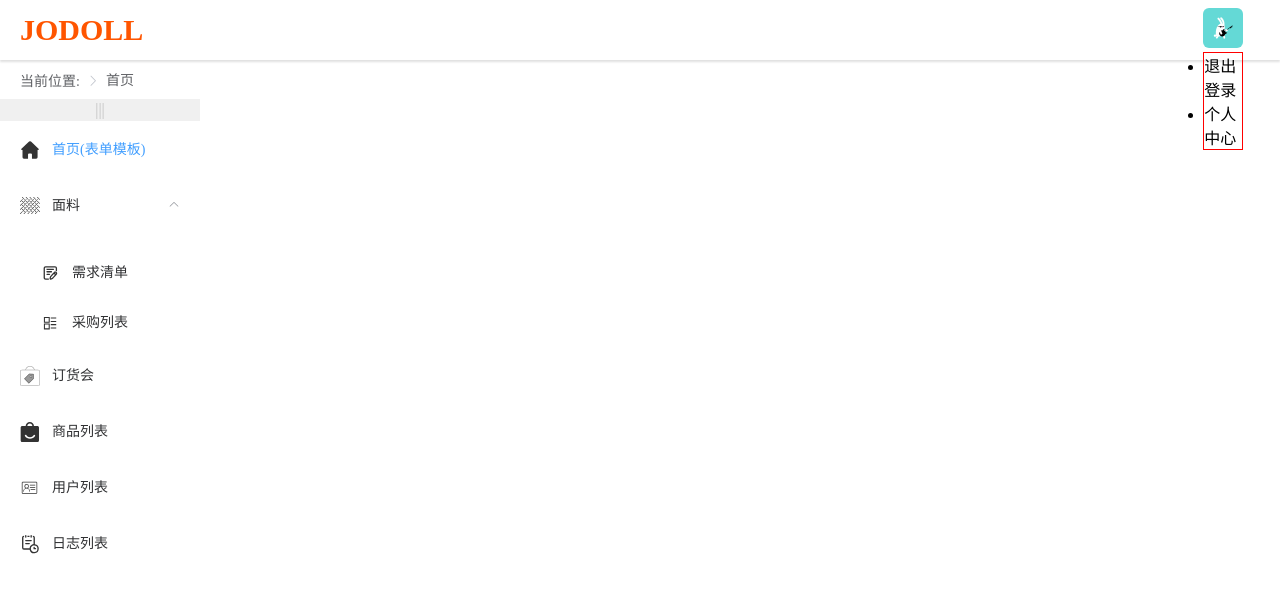
Repository: wangshanghai240/doll-practive
Page: /admin
The author's editor kept a copy of each file at every save. The page is drawn from the files as they stood at one save, then again after the next save.
The browser window is 1280 px wide. The pictures show the whole page.
The project was rebuilt for these pictures with package versions that can differ from the ones it lists, and the page was loaded fresh each time. Also part of the build but not shown: vue.config.js. Imported but missing from the stored project, and not drawn on this page: src/views/admin/ordermeeting/ordermeeting/ordersearch.vue.

Above is the page before, as saved 2021-08-24 10:53:25.

### src/main.js
import Vue from 'vue'
import App from './App.vue'
// 导入路由
import router from './router'
// 导入store
import store from './store'

// 导入element-ui及其样式
import ElementUI from 'element-ui'
import 'element-ui/lib/theme-chalk/index.css'

Vue.use(ElementUI)

Vue.config.productionTip = false

new Vue({
  router,
  store,
  render: h => h(App),
}).$mount('#app')

### src/App.vue
<template>
  <div id="app">
    <!-- <login></login> -->
    <router-view></router-view>
  </div>
</template>

<script>
// import Login from './views/login/Login.vue'

export default {
  components: { },
  name: 'App'
}
</script>

<style>
body,html{
  margin:0;
  padding:0;
}
ul,li,a,ol{
  margin:0;
  padding:0;
  text-decoration:none;
}
</style>

### src/router/index.js
import VueRouter from 'vue-router'
import Vue from 'vue'
// import store from '../store'

// 安装插件vue-router
Vue.use(VueRouter)

// 路由懒加载
const Login = () => import('views/login/Login')
const Dashboard = () => import('views/admin/dashboard/Dashboard')
const Admin = () => import('views/admin/Admin')
const Fabric = () => import('views/admin/fabric/Fabric')
const OrderMeeting = () => import('views/admin/ordermeeting/OrderMeeting')
const OrderShop = () => import('views/admin/ordershop/OrderShop')
const User = () => import('views/admin/user/User')
const SysLog = () => import('views/admin/syslog/SysLog')
const ReqList = () =>import('views/admin/fabric/childComp/ReqList')
const ShopList = () =>import('views/admin/fabric/childComp/ShopList')

// 路由列表(路径，组件映射关系)
let routes = [{
        // 将更目录下的重定向到/login,可以解决路径不显示问题
        path: '/',
        redirect: '/login'
    },
    {
        path: '/login',
        name:'login',
        component: Login
    },
    {
        path: '/admin',
        component: Admin,
        children: [{
                path: 'dashboard',
                component: Dashboard,
                meta:{
                    requireAuth:true
                }
            },
            {
                path: '',
                redirect: 'dashboard'
            },
            {
                path: 'fabric',
                component: Fabric,
                name:'面料',
                children:[
                    {
                        path:'reqlist',
                        component:ReqList,
                        name:'需求列表',
                        meta:{
                            breadcrumb:[
                                {
                                    path:'/reqlist',
                                    name:'需求列表'
                                }
                            ]
                        }
                    },
                    {
                        path:'shoplist',
                        component:ShopList,
                        name:'采购列表',
                        meta:{
                            breadcrumb:[
                                {
                                    path:'/shoplist',
                                    name:'采购列表'
                                }
                            ]
                        }
                    }
                ],
                meta: {
                    breadcrumb: [{
                        path: '/fabric',
                        name: '面料'
                    }]
                }
            },
            {
                path: 'ordermeeting',
                component: OrderMeeting,
                name:'订货会',
                meta: {
                    breadcrumb: [{
                        path: '/ordermeeting',
                        name: '订货会'
                    }]
                }
            },
            {
                path: 'ordershop',
                component: OrderShop,
                name:'商品列表',
                meta: {
                    breadcrumb: [{
                        path: '/ordershop',
                        name: '商品列表'
                    }]
                }
            },
            {
                path: 'user',
                component: User,
                name:'用户列表',
                meta: {
                    breadcrumb: [{
                        path: '/user',
                        name: '用户列表'
                    }]
                }
            },
            {
                path: 'syslog',
                component: SysLog,
                name:'系统日志',
                meta: {
                    breadcrumb: [{
                        path: '/syslog',
                        name: '系统日志'
                    }]
                }
            }
        ],
        meta:{
            requireAuth:true
        },
        // 进入该路径需要验证，登录验证一般都是在全局路由使用导航守卫beforeEach()或者在路由列表中使用路由守卫beforeEnter
    }

]

// 创建路由对象
const router = new VueRouter({
    routes,
    mode: 'history'
})
// 重复点击触发promise错误解决方法
const originalPush = VueRouter.prototype.push
VueRouter.prototype.push = function push(location) {
    return originalPush.call(this, location).catch(err => err)
}

// 全局导航守卫(登陆验证)
// router.beforeEach((to, from, next) =>{
// 如果要请求的路径是admin
// if(to.path == '/admin'){
// 判断用户是否登录，有token说明登录了
// if(sessionStorage.getItem('token')){
// 就可以直接放行
//     next()
// }
// 如果没有登录就重定向到登录页面
//         else{
//             next('/login')
//         }
//     }
//     else{
//         next()
//     }
// })
router.beforeEach((to, from, next) => {
    if(to.matched.some((r)=>{r.meta.requireAuth})){
        if(window.sessionStorage.getItem()){
            next()
        }
        else{
            next({
                path:'/login'
            })
        }
    }
    else{
        next()
    }
})
// 导出路由对象，暴露接口
export default router

### src/store/index.js
import Vuex from 'vuex'
import Vue from 'vue'

// 安装该插件
Vue.use(Vuex)

// 创建vuex对象
let store = new Vuex.Store({
    // 判断是否有token
    state: {
        token:''
    },
    mutations: {
        // 设置传递过来的token
        setToken(state, payload) {
            state.token = payload.token
        },
        // 删除token
        // delToken(state) {
        //     state.token = ''
        //     sessionStorage.removeItem('logintoken')
        // }
    }
})
// 导出vuex对象，暴露接口
export default store

### src/views/admin/dashboard/Dashboard.vue
<template>
  <div class="dashboard">

  </div>
</template>

<script>
export default {
    name:'Dashboard'
}
</script>

<style>

</style>

### src/views/admin/Admin.vue
<template>
  <div class="admin">
    <el-container>
      <!-- 头部 -->
      <el-header class="header">
        <!-- logo组件 -->
        <logo></logo>
        <!-- <bread-crumb></bread-crumb> -->
        <logout></logout>
      </el-header>

        <bread-crumb class="breadcrumb"></bread-crumb>

      <!-- 布局容器 -->
      <el-container>
        <!-- 侧边栏 -->
        <el-aside :width="iscollapse ? '64px' : '200px'">
          <!-- 折叠按钮 -->
          <div class="toggle" @click="togglecollapse">
            <span>|||</span>
          </div>
          <!-- 导航菜单 -->
          <el-menu
            class="el-menu-vertical-demo"
            active-text-color="#C00FFCC"
            default-active="/admin/dashboard"
            :router="true"
            :unique-opened='true'
            :collapse="iscollapse"
            :collapse-transition="false"
          >
            <!-- 首页 -->
            <el-menu-item index="/admin/dashboard">
              <img src="~assets/image/navmenu/home-ff.svg" alt="" />
              <span>首页(表单模板)</span>
            </el-menu-item>
            <!-- 面料菜单 -->
            <el-submenu index="/admin/dashboard">
              <template slot="title">
                <img src="~assets/image/navmenu/mianliao.svg" alt="" />
                <span>面料</span>
              </template>
              <el-menu-item-group>
                <el-menu-item index="/admin/fabric/reqlist">
                  <img src="~assets/image/navmenu/xuqiuqingdan.svg" alt="" />
                  <span>需求清单</span>
                </el-menu-item>
                <el-menu-item index="/admin/fabric/shoplist">
                  <img src="~assets/image/navmenu/caigouliebiao.svg" alt="" />
                  <span>采购列表</span>
                </el-menu-item>
              </el-menu-item-group>
            </el-submenu>
            <!-- 订货会 -->
            <el-menu-item index="/admin/ordermeeting">
              <img src="~assets/image/navmenu/dinghuohui.svg" alt="" />
              <span slot="title">订货会</span>
            </el-menu-item>
            <!-- 商品列表 -->
            <el-menu-item index="/admin/ordershop">
              <img src="~assets/image/navmenu/shangpinliebiao.svg" alt="" />
              <span slot="title">商品列表</span>
            </el-menu-item>
            <!-- 用户列表 -->
            <el-menu-item index="/admin/user">
              <img src="~assets/image/navmenu/xingzhuang1.svg" alt="" />
              <span slot="title">用户列表</span>
            </el-menu-item>
            <!-- 日志列表 -->
            <el-menu-item index="/admin/syslog">
              <img src="~assets/image/navmenu/rizhiliebiao.svg" alt="" />
              <span slot="title">日志列表</span>
            </el-menu-item>
          </el-menu>
        </el-aside>
        <el-main>
          <!-- 渲染路由匹配到的组件 -->
          <router-view></router-view>
        </el-main>
      </el-container>
    </el-container>
  </div>
</template>

<script>
import Logo from "components/content/Logo.vue";
import BreadCrumb from 'components/content/BreadCrumb.vue';
import Logout from 'components/content/Logout.vue';

export default {
  components: {
    Logo,
    BreadCrumb,
    Logout
  },
  name: "Admin",
  data() {
    return {
      iscollapse: false
    };
  },
  methods: {
    togglecollapse() {
      this.iscollapse = !this.iscollapse;
    }
  },
};
</script>

<style>
.el-menu-vertical-demo {
  background: #fff;
  color: rgb(0, 0, 0);
  border: none;
}
.el-menu-vertical-demo img {
  vertical-align: center;
  width: 20px;
  margin-right: 12px;
}
.admin .header {
  position: relative;
  margin: 0 0 4px 0;
  box-shadow: 0 2px 2px #e0e0e0;
}
.breadcrumb{
  padding:8px 0;
  margin:2px 20px;
}
.toggle {
  height:22px;
  text-align: center;
  background: #f0f0f0;
  cursor: pointer;
}
.toggle span {
  color: #c2c2c2;
  line-height:22px;
}
.el-menu-item img{
  width:20px;
}
</style>

### src/components/content/Logo.vue
<template>
  <div class="logo">
      <span>JODOLL</span>
  </div>
</template>

<script>
export default {
    name:'Logo'
}
</script>

<style scoped>
.logo{
    display:inline-block;
}
.logo span{
    /* 垂直居中 */
    position:absolute;
    top:50%;
    transform:translateY(-50%);
    font-size:30px;
    font-weight: 700;
    color:#f50;
}
</style>

### src/components/content/BreadCrumb.vue
<template>
  <div class="brdcmb">
    <el-breadcrumb separator-class="el-icon-arrow-right">
      <el-breadcrumb-item>当前位置:</el-breadcrumb-item>
      <el-breadcrumb-item :to="{path:'/admin/dashboard'}">首页</el-breadcrumb-item>
      <el-breadcrumb-item
      :to="{path:item.path}"
      v-for="item in navlist"
      :key="item.path">{{ item.name }}
      </el-breadcrumb-item>
    </el-breadcrumb>
  </div>
</template>

<script>
export default {
  name: "BreadCrumb",
  // 监听路由变化
  watch:{
    $route:{
      handler(){
        this.getList()
      },
      immediate:true
    }
  },
  // 页面挂载之后就执行该方法
  mounted(){
    this.getList()
  },
  // computed:{
  //     breadcrumb(){
  //         return this.$route.matched.filter(item => item.name)
  //     }
  // },
  data(){
      return{
        navlist:[]
      }
  },
  methods:{
    getList(){
      // 将处于活跃的路由(地址)保存在navlist
      this.navlist = this.$route.matched.filter(item => item.name)
    }
  }
};
</script>

<style scoped>
.brdcmb{
    display: inline-block;
}
</style>

### src/components/content/Logout.vue
<template>
  <div class="logout">
    <div class="avtor">
      <img src="~assets/image/adicon/admin.gif" alt="">
      <div class="showinfo">
        <ul>
          <li>退出登录</li>
          <li>个人中心</li>
        </ul>
      </div>
    </div>
  </div>
</template>

<script>
export default {
name:'Logout',
  data(){
    return {

    }
  },
  methods:{

  }
}
</script>

<style scoped>
.logout{
  display: inline-block;
}
.logout .avtor{
  position:absolute;
  top:50%;
  left:94%;
  transform:translateY(-50%)
}
.logout .avtor img{
  width:40px;
  border-radius:6px;
}
.logout .avtor img:hover,.showinfo{
  display: block;
}
.logout .avtor .showinfo{
  /* display: none; */
  position: absolute;
  border:1px solid red;
  z-index: 3;
}
</style>

Loaded but not shown: public/index.html (common file)

After the next save:
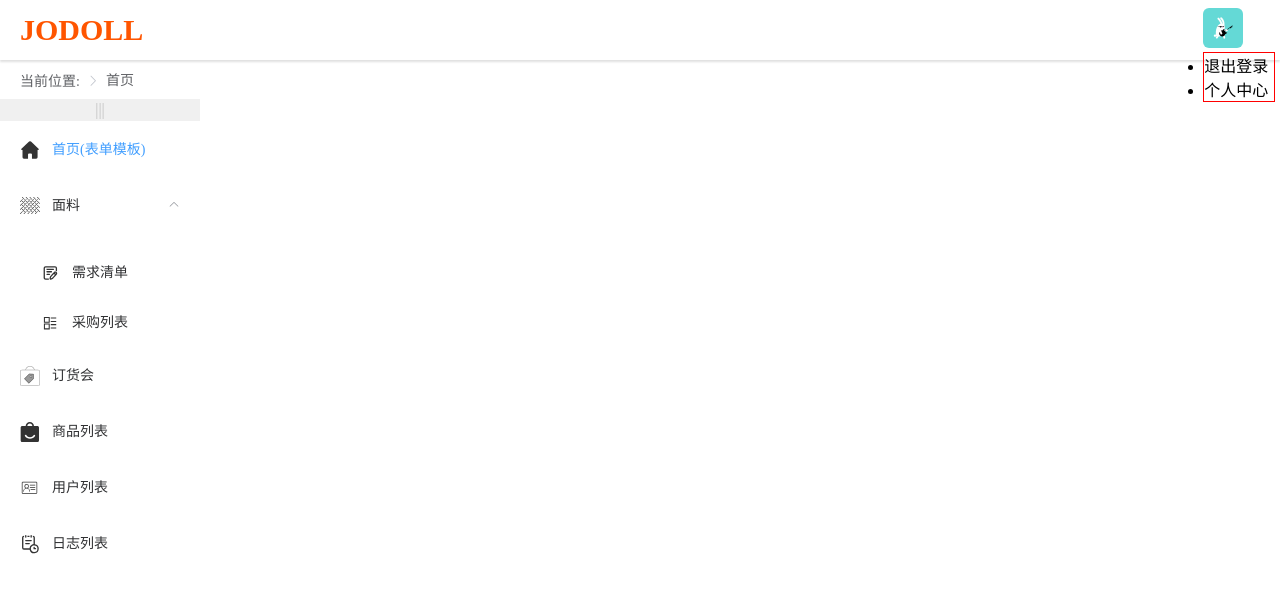
Saved 19 s later.
--- a/src/components/content/Logout.vue
+++ b/src/components/content/Logout.vue
@@ -45,6 +45,7 @@ name:'Logout',
 }
 .logout .avtor .showinfo{
   /* display: none; */
+  width:70px;
   position: absolute;
   border:1px solid red;
   z-index: 3;
